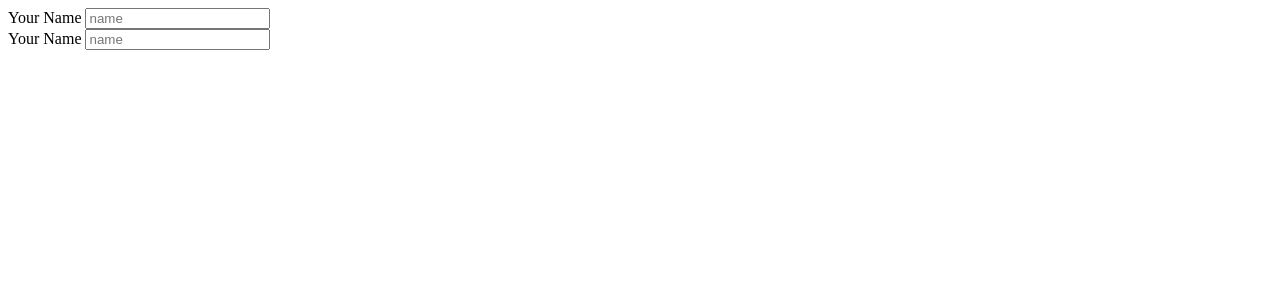
Repository: Rachael4life/Assignment-1
Page: starter-code/src/index.html
These files come from the project's save history. The page is drawn as it stood at one moment and after a run of saves; the edit follows.
The browser window is 1280 px wide. The pictures show the whole page.

Above is the page before, as saved 2022-02-25 12:16:04.

### starter-code/src/index.html
<!DOCTYPE html>
<html lang="en">
<head>
    <meta charset="UTF-8">
    <meta http-equiv="X-UA-Compatible" content="IE=edge">
    <meta name="viewport" content="width=device-width, initial-scale=1.0">
    <title>Assignment 1</title>
</head>
<body>
    <div id="ramyeon">
        <form class="kimchi">
            <div>
                <label for="name">Your Name</label>
                <input type="text" name="name" id="name" placeholder="name">
            </div>
            <div>
                <label for="name">Your Name</label>
                <input type="text" name="name" id="name" placeholder="name">
            </div>

        </form>
    </div>
</body>
</html>

After the next 3 saves:
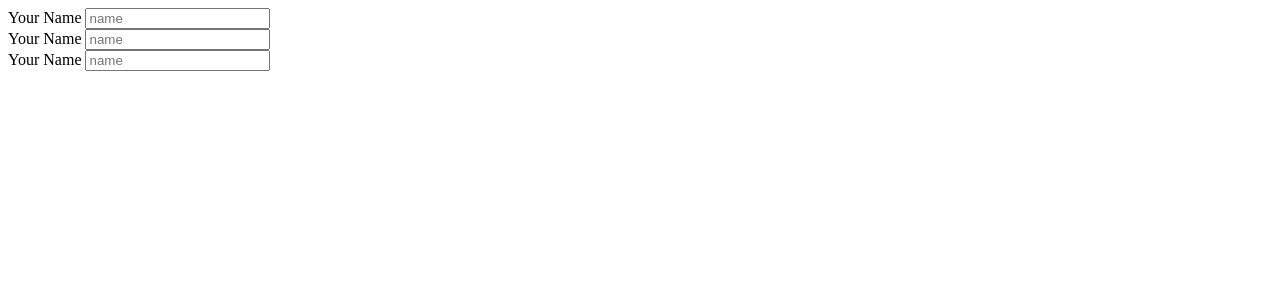
The 3 saves are shown as one change because they came seconds apart.
The last was saved 18 s later.
--- a/starter-code/src/index.html
+++ b/starter-code/src/index.html
@@ -17,7 +17,10 @@
                 <label for="name">Your Name</label>
                 <input type="text" name="name" id="name" placeholder="name">
             </div>
-
+            <div>
+                <label for="name">Your Name</label>
+            <input type="text" name="name" id="name" placeholder="name">
+            </div>
         </form>
     </div>
 </body>
